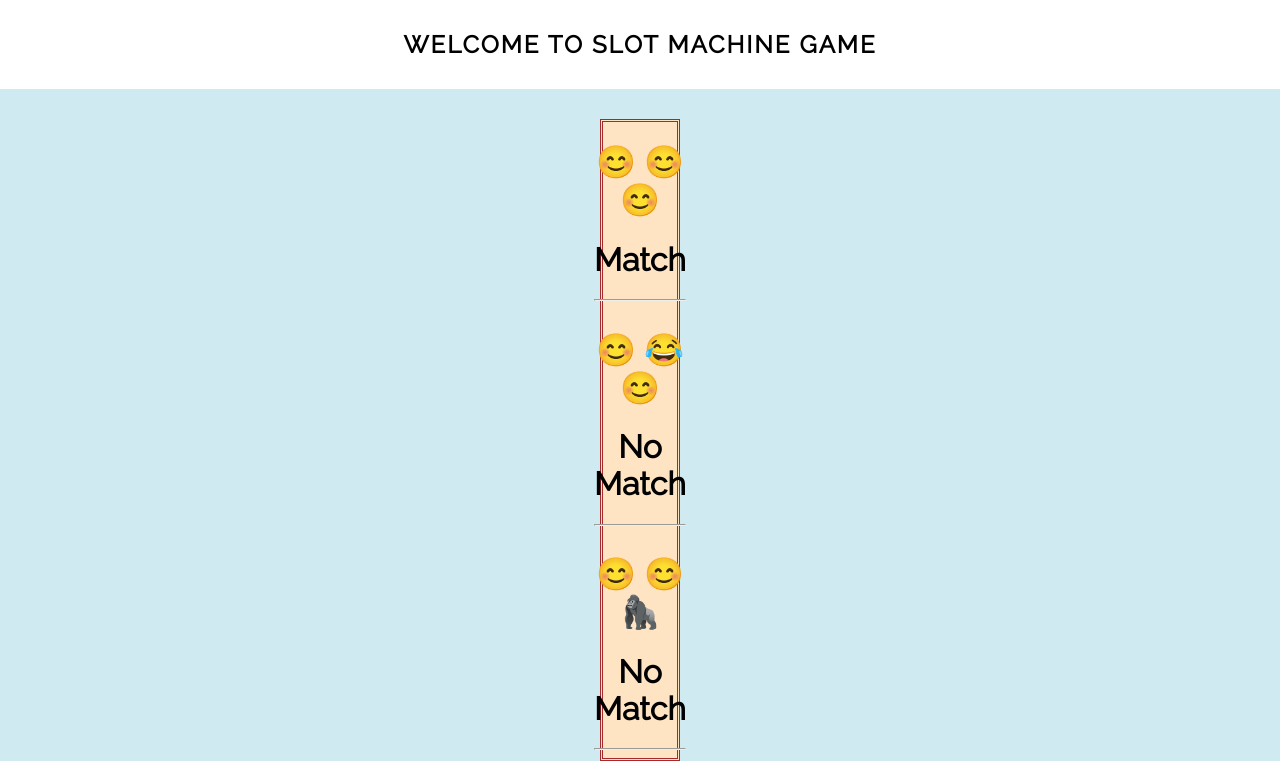
Repository: duggallakshya/slotMachineReact
Page: /
An editor plug-in stored every save of this project. The page is shown before and after the next save, followed by the edit.
The browser window is 1280 px wide. The pictures show the whole page.
The project was rebuilt for these pictures with package versions that can differ from the ones it lists, and the page was loaded fresh each time.

Above is the page before, as saved 2022-03-23 18:16:45.

### src/index.js
import React from 'react';
import ReactDOM from 'react-dom';
import './index.css';
import App from './App';

ReactDOM.render(
  <App />,
  document.getElementById('root')
)

### src/index.css
@import url('https://fonts.googleapis.com/css2?family=Raleway&display=swap');
body{
  background-color: rgb(207, 235, 241);
  margin: 0;
  padding: 0;

}

.heading-style{
  padding: 30px 0;
  margin-top: 0px;
  text-align: center;
  font-family:'Raleway', sans-serif;
  text-transform: uppercase;
  font-size: 13px;
  letter-spacing: 2px;
  font-weight: 500;
  background-color: #fff;
  font-size: 1.5rem;
  margin-bottom: 30px;
  font-weight: bold;
}

.slot-inner{
  text-align: center;
  font-family: 'Raleway', sans-serif ;
}
.main-div{
  display: flex;
  flex-direction: column;
  height: auto;
  justify-content: center;
  align-items: center;
  background-color: bisque;
  /* padding: 0px 30px;*/
  margin: 0px 600px;
  position: relative;
  border: brown;
  border-style: double;

}

### src/App.jsx
import React from 'react';
import SlotMachine from './SlotMachine';

const App = () => {
    return(
        <>
            <h1 className="heading-style">  Welcome to Slot machine game </h1>
            <div className="main-div">
                <SlotMachine x ='😊' y ='😊' z ='😊'/>
                <SlotMachine x ='😊' y ='😂' z ='😊'/>
                <SlotMachine x ='😊' y ='😊' z ='🦍'/>
            </div>
        </>
    )
}

export default App;

### src/SlotMachine.jsx
import React from 'react';

const SlotMachine = (props) => {
    if(props.x===props.y && props.y==props.z){
        return (
            <>
                <div className="slot-inner">

                    <h1> {props.x} {props.y} {props.z} </h1>
                    <h1> Match </h1>
                    <hr/>

                </div>
            </>
        )
    }
    else{
        return (
            <>
                <div className="slot-inner">

                    <h1> {props.x} {props.y} {props.z} </h1>
                    <h1> No Match </h1>
                    <hr/>

                </div>
            </>
        )
    }
}

export default SlotMachine;

Loaded but not shown: public/index.html (common file)

After the next save:
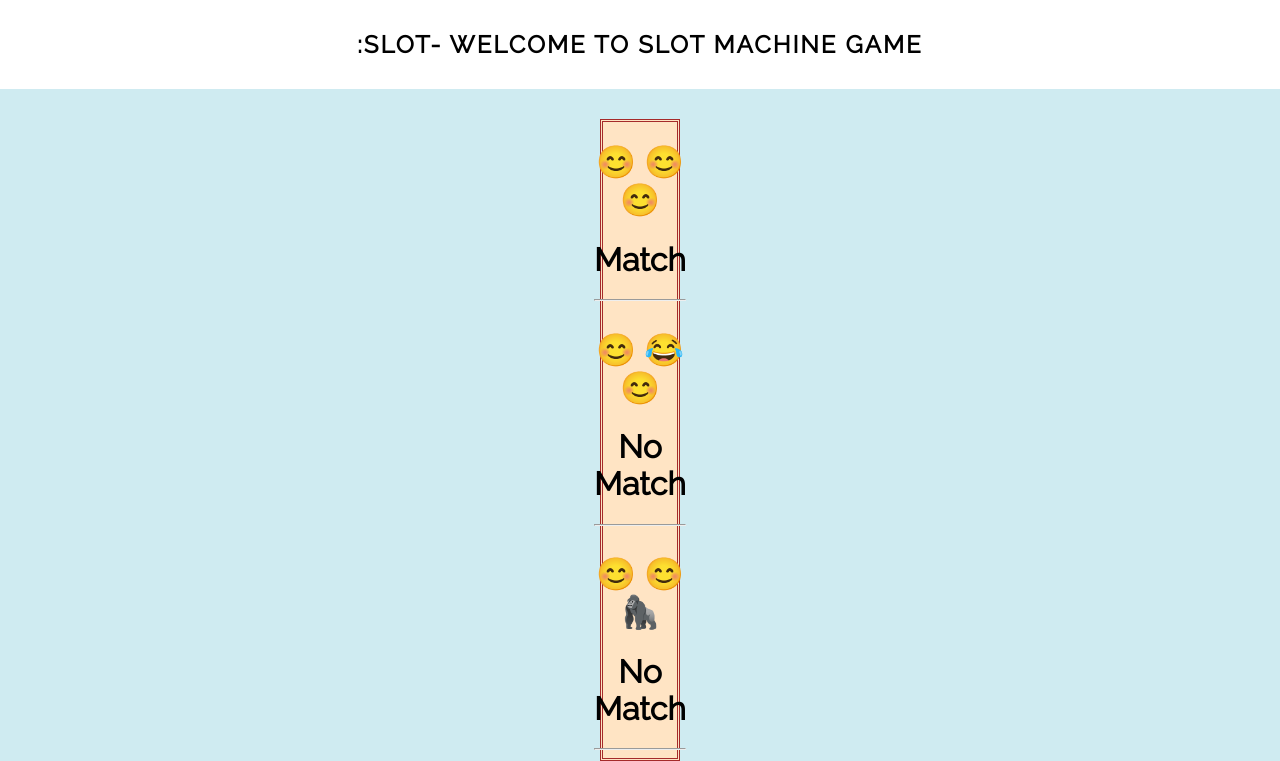
Saved 20 min 56 s later.
--- a/src/App.jsx
+++ b/src/App.jsx
@@ -4,7 +4,7 @@
 const App = () => {
     return(
         <>
-            <h1 className="heading-style">  Welcome to Slot machine game </h1>
+            <h1 className="heading-style"> :slot- Welcome to Slot machine game </h1>
             <div className="main-div">
                 <SlotMachine x ='😊' y ='😊' z ='😊'/>
                 <SlotMachine x ='😊' y ='😂' z ='😊'/>

After the 2 saves that followed:
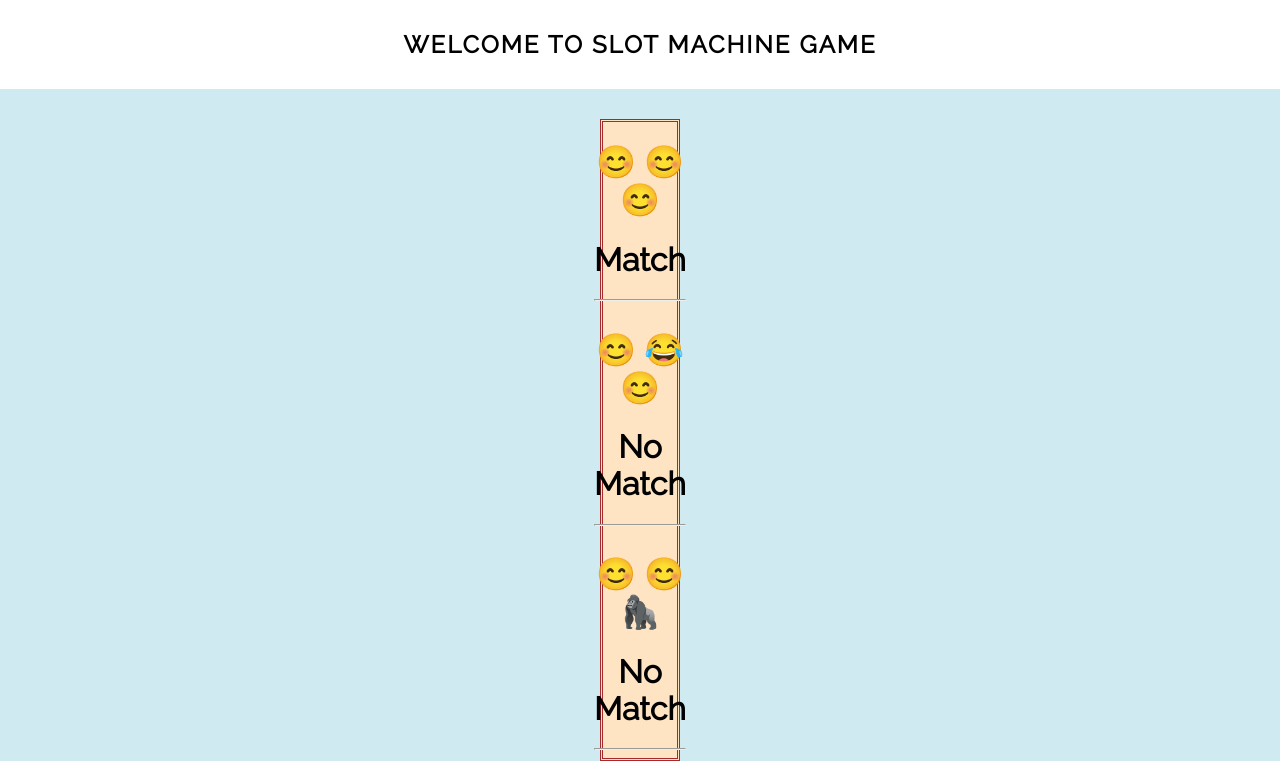
The 2 saves are shown as one change because they came seconds apart.
The last was saved 9 s later.
--- a/src/App.jsx
+++ b/src/App.jsx
@@ -4,7 +4,7 @@
 const App = () => {
     return(
         <>
-            <h1 className="heading-style"> :slot- Welcome to Slot machine game </h1>
+            <h1 className="heading-style">  Welcome to Slot machine game </h1>
             <div className="main-div">
                 <SlotMachine x ='😊' y ='😊' z ='😊'/>
                 <SlotMachine x ='😊' y ='😂' z ='😊'/>
